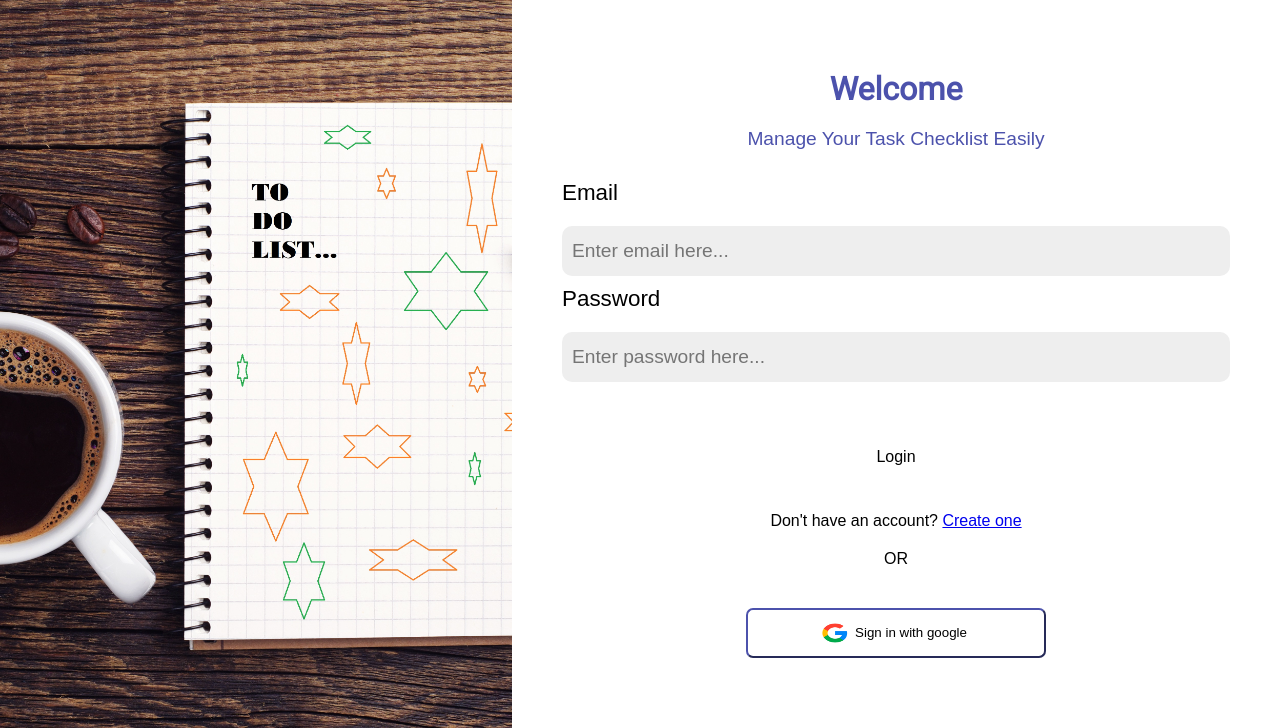
Repository: tebo27cMd/todo_App
Page: /
The author's editor kept a copy of each file at every save. The page is drawn from the files as they stood at one save, then again after the next save.
The browser window is 1280 px wide. The pictures show the whole page.
The pointer rests on the first visible `.LoginPage .lgnBtn`.
The project was rebuilt for these pictures with package versions that can differ from the ones it lists, and the page was loaded fresh each time. Also part of the build but not shown: src/Pages/SignInPage.jsx, src/Pages/HomePage.jsx.

Above is the page before, as saved 2022-08-23 09:52:06.

After the next save:
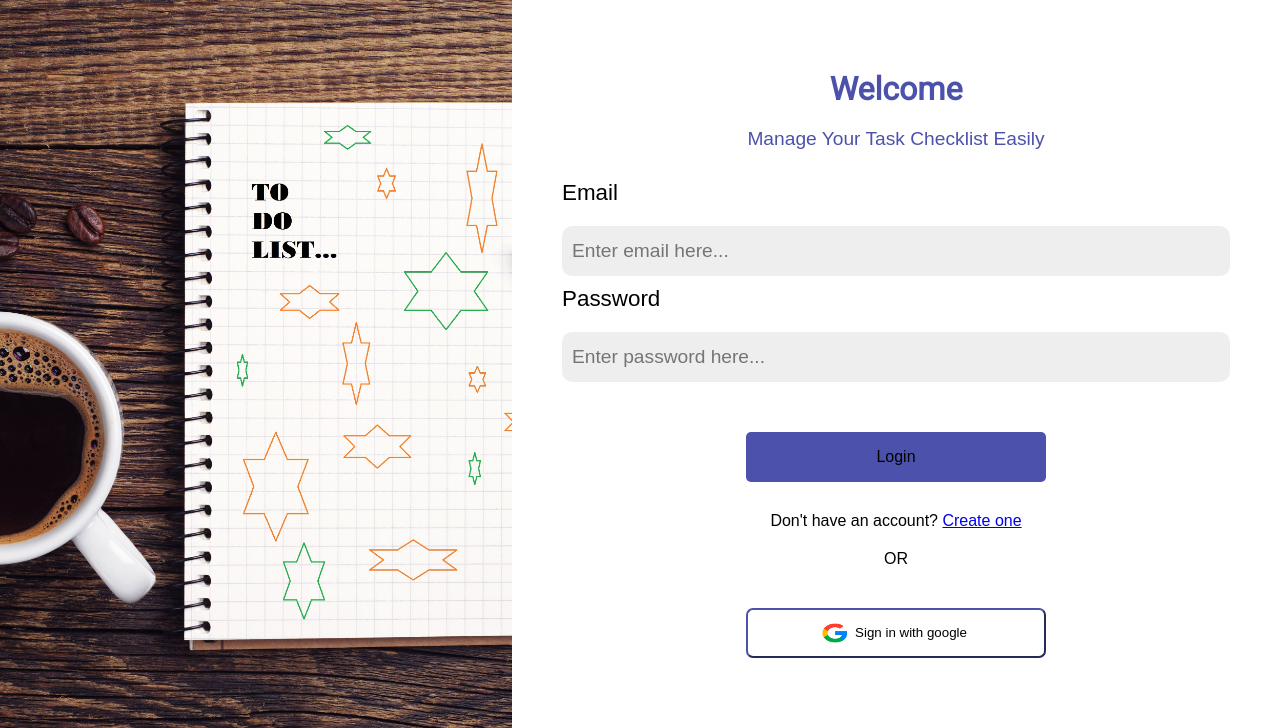
Saved 22 s later.
--- a/src/Pages/LoginPage.css
+++ b/src/Pages/LoginPage.css
@@ -76,7 +76,7 @@
 
 }
 .LoginPage .lgnBtn:hover{
-   background-color:white;
+   background-color:#4c52ac;
 
 }
 .LoginPage .lgnBtn{
